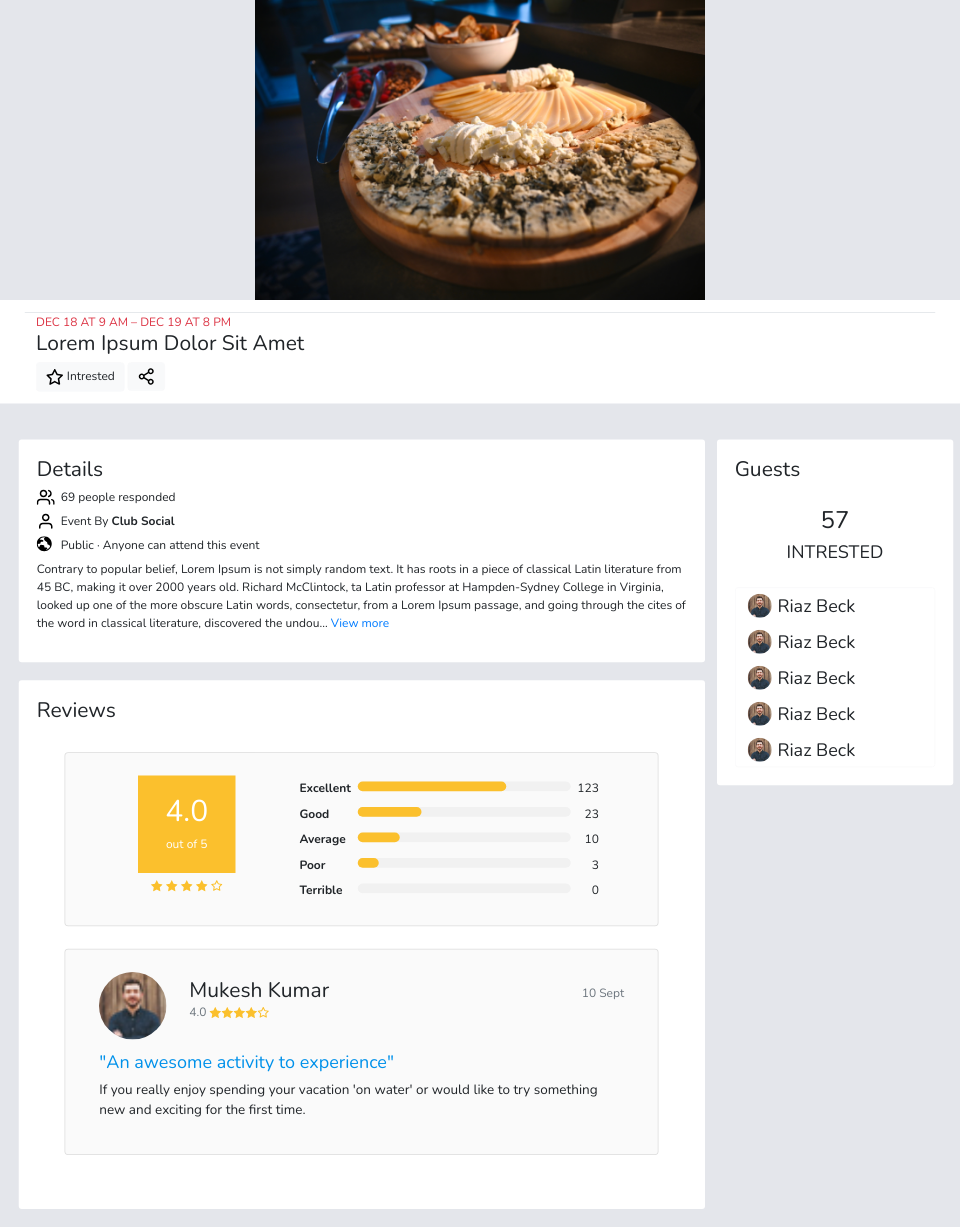
Repository: iamrachid/ensaevents
Page: event.html
The author's editor kept a copy of each file at every save. The page is drawn from the files as they stood at one save, then again after the next save.
The browser window is 1280 px wide. The pictures show the whole page, at 75% of full size.

Above is the page before, as saved 2021-11-25 18:17:48.

### event.html
<html>

<head>
    <meta charset="UTF-8">
    <meta http-equiv="X-UA-Compatible" content="IE=edge">
    <meta name="viewport" content="width=device-width, initial-scale=1.0">
    <title>Document</title>
    <link rel="stylesheet" href="css/bootstrap.css">
    <link rel="stylesheet" href="css/style.css">
    <!-- Link Swiper's CSS -->
    <link rel="stylesheet" href="https://unpkg.com/swiper/swiper-bundle.min.css" />

    <link rel="preconnect" href="https://fonts.googleapis.com">
    <link rel="preconnect" href="https://fonts.gstatic.com" crossorigin>
    <link
        href="https://fonts.googleapis.com/css2?family=Nunito:ital,wght@0,200;0,300;0,400;0,600;0,700;0,800;0,900;1,200;1,300;1,400;1,600;1,700;1,800;1,900&display=swap"
        rel="stylesheet">
</head>

<body class="w-100">

    <div class="text-center bg-main d-flex justify-content-center">
        <img src="assets/img/card-1.jpg" class="cover-img">
    </div>
    <div class="py-3 px-md-5 px-3">
        <div class="row border-top">
            <div class="col-md-10 col-md-12">
                <span class="text-uppercase text-danger">DEC 18 AT 9 AM – DEC 19 AT 8 PM</span>
                <h3>Lorem Ipsum Dolor Sit Amet</h3>
            </div>
            <div class="col-md-2 col-sm-12">
                <button class="btn btn-light ">
                    <svg class="btn-icon">
                        <use xlink:href="assets/img/icons.svg#icon-star"></use>
                    </svg>
                    Intrested</button>
                <button class="btn btn-light">
                    <svg class="btn-icon">
                        <use xlink:href="assets/img/icons.svg#icon-share-2"></use>
                    </svg>
                </button>
            </div>
        </div>
    </div>

    <div class="p-md-4 p-0 bg-main">
        <div class="row">
            <div class="col-md-8 col-lg-9 col-12 px-4 px-md-3">
                <div class="bg-white mt-4 p-4 rounded">
                    <h3>Details</h3>
                    <div class="d-flex">
                        <svg class="detail-icon mr-2 mb-2">
                            <use xlink:href="assets/img/icons.svg#icon-users"></use>
                        </svg>
                        <span>69 people responded</span>
                    </div>
                    <div class="d-flex">
                        <svg class="detail-icon mr-2  mb-2">
                            <use xlink:href="assets/img/icons.svg#icon-user"></use>
                        </svg>
                        <span>Event By <strong>Club Social</strong></span>
                    </div>
                    <div class="d-flex">
                        <svg class="detail-icon mr-2 mb-2">
                            <use xlink:href="assets/img/icons.svg#icon-public"></use>
                        </svg>
                        <span>Public · Anyone can attend this event</span>
                    </div>
                    <p>
                        <span>
                            Contrary to popular belief, Lorem Ipsum is not simply random text. It has roots in a piece
                            of
                            classical
                            Latin literature from 45 BC, making it over 2000 years old. Richard McClintock, ta Latin
                            professor
                            at
                            Hampden-Sydney College in Virginia, looked up one of the more obscure Latin words,
                            consectetur,
                            from
                            a
                            Lorem Ipsum passage, and going through the cites of the word in classical literature,
                            discovered
                            the
                            undou</span><span class="collapse  multi-collapse show fast" id="dots">...</span>
                        <span class="collapse  multi-collapse fast" id="more-text">btable source. Lorem Ipsum comes from
                            sections
                            1.10.32 and 1.10.33 of "de Finibus Bonorum et
                            Malorum" (The Extremes of Good and Evil) by Cicero, written in 45 BC. This book is a
                            treatise on
                            the
                            theory of ethics, very popular during the Renaissance. The first line of Lorem Ipsum, "Lorem
                            ipsum
                            dolor
                            sit amet..", comes from a line in section 1.10.32.
                        </span>

                        <a class="collapse  multi-collapse fast" type="button" id="less" data-toggle="collapse"
                            data-target=".multi-collapse" aria-expanded="false"
                            aria-controls="dots more less more-text">View less</a>
                        <a class="collapse show  multi-collapse fast" type="button" id="more" data-toggle="collapse"
                            data-target=".multi-collapse" aria-expanded="false"
                            aria-controls="dots more less more-text">View more</a>
                    </p>
                </div>
                <div class="bg-white mt-4 p-4 rounded">
                    <h3>Reviews</h3>


                    <div class="row justify-content-center">
                        <div class=" col-12 col-md-11 text-center mb-5">
                            <div class="card review-card">
                                <div class="row justify-content-start d-flex">
                                    <div class="col-md-4 d-flex flex-column">
                                        <div class="rating-box">
                                            <h1 class="pt-4">4.0</h1>
                                            <p class="">out of 5</p>
                                        </div>
                                        <div class="mt-1">
                                            <svg class="rating-icon">
                                                <use xlink:href="assets/img/icons.svg#icon-star-full"></use>
                                            </svg>
                                            <svg class="rating-icon">
                                                <use xlink:href="assets/img/icons.svg#icon-star-full"></use>
                                            </svg>
                                            <svg class="rating-icon">
                                                <use xlink:href="assets/img/icons.svg#icon-star-full"></use>
                                            </svg>
                                            <svg class="rating-icon">
                                                <use xlink:href="assets/img/icons.svg#icon-star-full"></use>
                                            </svg>
                                            <svg class="rating-icon">
                                                <use xlink:href="assets/img/icons.svg#icon-star"></use>
                                            </svg>
                                        </div>
                                    </div>
                                    <div class="col-md-8">
                                        <div class="rating-bar0 justify-content-center">
                                            <table class="text-left mx-auto">
                                                <tr>
                                                    <td class="rating-label">Excellent</td>
                                                    <td class="rating-bar">
                                                        <div class="bar-container">
                                                            <div class="bar-5"></div>
                                                        </div>
                                                    </td>
                                                    <td class="text-right">123</td>
                                                </tr>
                                                <tr>
                                                    <td class="rating-label">Good</td>
                                                    <td class="rating-bar">
                                                        <div class="bar-container">
                                                            <div class="bar-4"></div>
                                                        </div>
                                                    </td>
                                                    <td class="text-right">23</td>
                                                </tr>
                                                <tr>
                                                    <td class="rating-label">Average</td>
                                                    <td class="rating-bar">
                                                        <div class="bar-container">
                                                            <div class="bar-3"></div>
                                                        </div>
                                                    </td>
                                                    <td class="text-right">10</td>
                                                </tr>
                                                <tr>
                                                    <td class="rating-label">Poor</td>
                                                    <td class="rating-bar">
                                                        <div class="bar-container">
                                                            <div class="bar-2"></div>
                                                        </div>
                                                    </td>
                                                    <td class="text-right">3</td>
                                                </tr>
                                                <tr>
                                                    <td class="rating-label">Terrible</td>
                                                    <td class="rating-bar">
                                                        <div class="bar-container">
                                                            <div class="bar-1"></div>
                                                        </div>
                                                    </td>
                                                    <td class="text-right">0</td>
                                                </tr>
                                            </table>
                                        </div>
                                    </div>
                                </div>
                            </div>
                            <div class="card review-card">
                                <div class="row d-flex">
                                    <div class=""> <img class="profile-pic" src="assets/img/user.png"> </div>
                                    <div class="d-flex flex-column">
                                        <h3 class="mt-2 mb-0">Mukesh Kumar</h3>
                                        <div>
                                            <p class="text-left d-flex align-items-center"><span
                                                    class="text-muted mr-1">4.0</span>
                                                <svg class="rating-icon">
                                                    <use xlink:href="assets/img/icons.svg#icon-star-full"></use>
                                                </svg>
                                                <svg class="rating-icon">
                                                    <use xlink:href="assets/img/icons.svg#icon-star-full"></use>
                                                </svg>
                                                <svg class="rating-icon">
                                                    <use xlink:href="assets/img/icons.svg#icon-star-full"></use>
                                                </svg>
                                                <svg class="rating-icon">
                                                    <use xlink:href="assets/img/icons.svg#icon-star-full"></use>
                                                </svg>
                                                <svg class="rating-icon">
                                                    <use xlink:href="assets/img/icons.svg#icon-star"></use>
                                                </svg>
                                            </p>
                                        </div>
                                    </div>
                                    <div class="ml-auto">
                                        <p class="text-muted pt-5 pt-sm-3">10 Sept</p>
                                    </div>
                                </div>
                                <div class="row text-left">
                                    <h4 class="blue-text mt-3">"An awesome activity to experience"</h4>
                                    <p class="content">If you really enjoy spending your vacation 'on water' or would
                                        like
                                        to try something new and exciting for the first time.</p>
                                </div>
                            </div>
                        </div>
                    </div>



                </div>
            </div>
            <div class=" px-4 px-md-0 py-4 col-md-4 col-lg-3  col-sm-12 ">
                <div class="bg-white  p-4 rounded">
                    <h3>Guests</h3>
                    <div class="d-flex  justify-content-center py-4">
                        <div class="d-flex flex-column align-items-center">
                            <h2 cla>57</h2>
                            <h4 class="text-uppercase">Intrested</h4>
                        </div>

                    </div>
                    <div class="overflow-auto border-light border rounded users px-2">
                        <div class="user d-flex align-items-center">
                            <img class="user-img m-2" src="assets/img/user.png" />
                            <span class="user-name">Riaz Beck</span>
                        </div>
                        <div class="user d-flex align-items-center">
                            <img class="user-img m-2" src="assets/img/user.png" />
                            <span class="user-name">Riaz Beck</span>
                        </div>
                        <div class="user d-flex align-items-center">
                            <img class="user-img m-2" src="assets/img/user.png" />
                            <span class="user-name">Riaz Beck</span>
                        </div>
                        <div class="user d-flex align-items-center">
                            <img class="user-img m-2" src="assets/img/user.png" />
                            <span class="user-name">Riaz Beck</span>
                        </div>
                        <div class="user d-flex align-items-center">
                            <img class="user-img m-2" src="assets/img/user.png" />
                            <span class="user-name">Riaz Beck</span>
                        </div>
                        <div class="user d-flex align-items-center">
                            <img class="user-img m-2" src="assets/img/user.png" />
                            <span class="user-name">Riaz Beck</span>
                        </div>
                        <div class="user d-flex align-items-center">
                            <img class="user-img m-2" src="assets/img/user.png" />
                            <span class="user-name">Riaz Beck</span>
                        </div>
                        <div class="user d-flex align-items-center">
                            <img class="user-img m-2" src="assets/img/user.png" />
                            <span class="user-name">Riaz Beck</span>
                        </div>
                        <div class="user d-flex align-items-center">
                            <img class="user-img m-2" src="assets/img/user.png" />
                            <span class="user-name">Riaz Beck</span>
                        </div>
                        <div class="user d-flex align-items-center">
                            <img class="user-img m-2" src="assets/img/user.png" />
                            <span class="user-name">Riaz Beck</span>
                        </div>
                    </div>
                </div>
            </div>
        </div>
        <script src="js/jquery-3.6.0.js">
        </script>
        <!-- Bootstrap -->
        <script src="js/bootstrap.js"></script>
        <!-- Swiper JS -->
        <script src="js/swiper-bundle.min.js"></script>

        <!-- Main script -->
        <script src="js/script.js"></script>

</body>

</html>

### css/style.css
@font-face {
    font-family: Forever;
    src: url(../font/Foreverbrushscript-GwZy.otf);
  }

html, body{
    font-family: "Nunito";
    font-weight: 400;
    width: 100%;
}
.hero {
    background: linear-gradient(45deg, rgba(173,225,255,1) 0%, rgba(186,175,255,1) 40%, rgba(175,255,182,1) 74%, rgba(175,255,182,1) 100%);
}
.btn-header {
    font-size: 1rem;
}

.heading-title {
    font-size: 5rem;
    font-weight: 800;
}
@media only screen and (max-width: 768px) {
    .heading-title {
        font-size: 4rem;
    }

    .padding-smallSize {
        padding: .5rem;
    }
}

.heading-title_white {
    color: #fafafa;
}
.heading-subtitle {
    color: #fafafa;
    letter-spacing: .2cm;
}
.search-bar {
    padding: .51rem 0.5rem;
    background-color: white;
    left: 50%;
    transform: translate(-50%,-50%);
    border-radius: 30px;
}

.search-btn {
    background-color: #b2d0ff;
    color: #fafafa;
    font-weight: 600;
}

.card-img-box {
    height: 12rem;
    overflow: hidden;
    display: flex;
    justify-content: center;
    align-items: center;
}

.forever {
    font-family: Forever;
    font-size:2rem
}

.bg-color-blue {
    background-color:#b2d0ff;
}

.gradient {
    background:linear-gradient(to right,rgba(149, 133, 255,1) 0%, rgba(186,175,255,1)  100%);
}

.menu-icon {
    width: 1.2rem;
    height: 1.2rem;
    fill: #fff;
}

.menu-active {
    border-left: 5px solid #fff;
}

.side-nav-link, .side-nav-link:hover {
    color: #fff;
}

.side-nav-item.active:hover {
    padding-right:5px;
}

.side-nav-item {
    transition: all  0.3s;
}

.side-nav-item:hover, .side-nav-item.active {
    border-left: 5px solid #fff;
    transition: all 0.3s;
}

.btn-purple {
    color: #fff;
    background-color: rgba(149, 133, 255,1);
    border-color: rgba(149, 133, 255,1);
}

.btn-purple:hover {
    color: #fff;
    background-color: rgba(186,175,255,1);
    border-color: rgba(186,175,255,1);
}

.detail-icon {
    height: 1.5rem;
    width: 1.5rem;
}

.users {
    height: 15rem;
}

.user-name {
    font-size:1.5rem;
}

.user-img {
    height: 2rem;
    width: 2rem;
    border-radius:50%;
}

.btn-icon {
    height: 1.5rem;
    width: 1.5rem;
}

.fast {
    transition: all 0s;
}

.bg-main {
    background-color: #e4e6eb !important;
}

.cover-img {
    width: 100%;
    max-width: 600px;
}

/* Reviews */

.rating-icon {
    fill: #FBC02D;
    height: 1rem;
    width: 1rem;
}

.review-card {
    border-radius: 5px;
    background-color: #fff;
    background-color: #fafafa;
    padding-left: 60px;
    padding-right: 60px;
    margin-top: 30px;
    padding-top: 30px;
    padding-bottom: 30px
}

.rating-box {
    width: 130px;
    height: 130px;
    margin-right: auto;
    margin-left: auto;
    background-color: #FBC02D;
    color: #fff
}

.rating-label {
    font-weight: bold
}

.rating-bar {
    width: 300px;
    padding: 8px;
    border-radius: 5px
}

.bar-container {
    width: 100%;
    background-color: #f1f1f1;
    text-align: center;
    color: white;
    border-radius: 20px;
    cursor: pointer;
    margin-bottom: 5px
}

.bar-5 {
    width: 70%;
    height: 13px;
    background-color: #FBC02D;
    border-radius: 20px
}

.bar-4 {
    width: 30%;
    height: 13px;
    background-color: #FBC02D;
    border-radius: 20px
}

.bar-3 {
    width: 20%;
    height: 13px;
    background-color: #FBC02D;
    border-radius: 20px
}

.bar-2 {
    width: 10%;
    height: 13px;
    background-color: #FBC02D;
    border-radius: 20px
}

.bar-1 {
    width: 0%;
    height: 13px;
    background-color: #FBC02D;
    border-radius: 20px
}


.star-active {
    color: #FBC02D;
    margin-top: 10px;
    margin-bottom: 10px
}

.star-active:hover {
    color: #F9A825;
    cursor: pointer
}

.star-inactive {
    color: #CFD8DC;
    margin-top: 10px;
    margin-bottom: 10px
}

.blue-text {
    color: #0091EA
}

.content {
    font-size: 18px
}

.profile-pic {
    width: 90px;
    height: 90px;
    border-radius: 100%;
    margin-right: 30px
}

.pic {
    width: 80px;
    height: 80px;
    margin-right: 10px
}

### js/script.js
var swiper = new Swiper(".events", {
    pagination: {
      el: ".swiper-pagination",
      clickable: true,
    }
    ,
    breakpoints: {
      640: {
        slidesPerView: 1,
        spaceBetween: 20,
      },
      768: {
        slidesPerView: 2,
        spaceBetween: 40,
      },
      1024: {
        slidesPerView: 3,
        spaceBetween: 50,
      },
    },

  })

  var swiper = new Swiper(".clubs", {
    spaceBetween: 10,
    autoplay: {
      delay: 3000,
      // TODO: this should be false
      disableOnInteraction: false,
    },
    pagination: {
      el: ".swiper-pagination",
      clickable: true,
    },
    navigation: {
      nextEl: ".swiper-button-next",
      prevEl: ".swiper-button-prev",
    },
    breakpoints: {
      640: {
        slidesPerView: 2,
        spaceBetween: 20,
      },
      768: {
        slidesPerView: 3,
        spaceBetween: 40,
      },
      1024: {
        slidesPerView: 5,
        spaceBetween: 50,
      },
    }
  });;

Loaded but not shown: css/bootstrap.css (library); js/jquery-3.6.0.js (library); js/bootstrap.js (library); js/swiper-bundle.min.js (library)

After the next save:
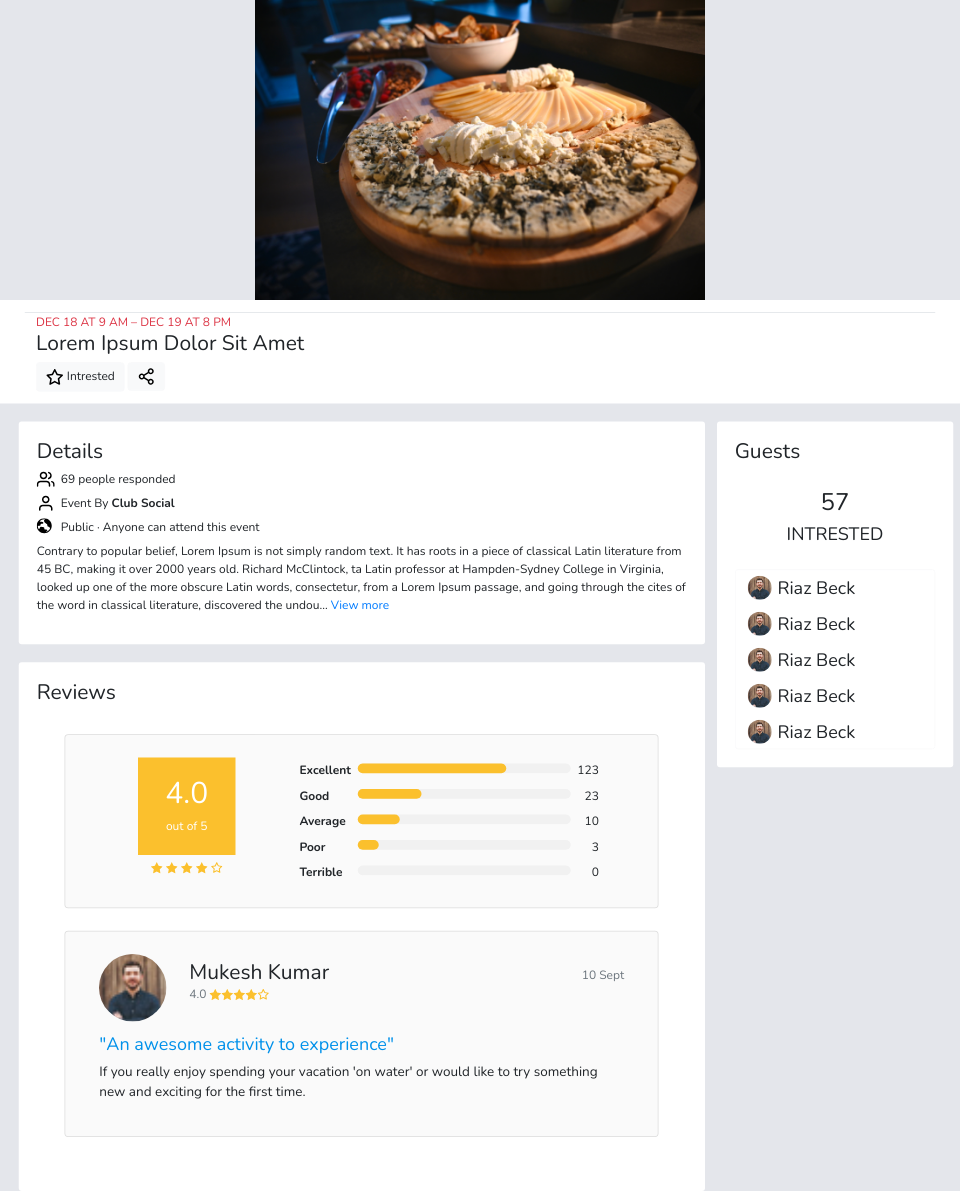
Saved 102 s later.
--- a/event.html
+++ b/event.html
@@ -43,7 +43,7 @@
         </div>
     </div>
 
-    <div class="p-md-4 p-0 bg-main">
+    <div class="px-md-4 p-0 bg-main">
         <div class="row">
             <div class="col-md-8 col-lg-9 col-12 px-4 px-md-3">
                 <div class="bg-white mt-4 p-4 rounded">
